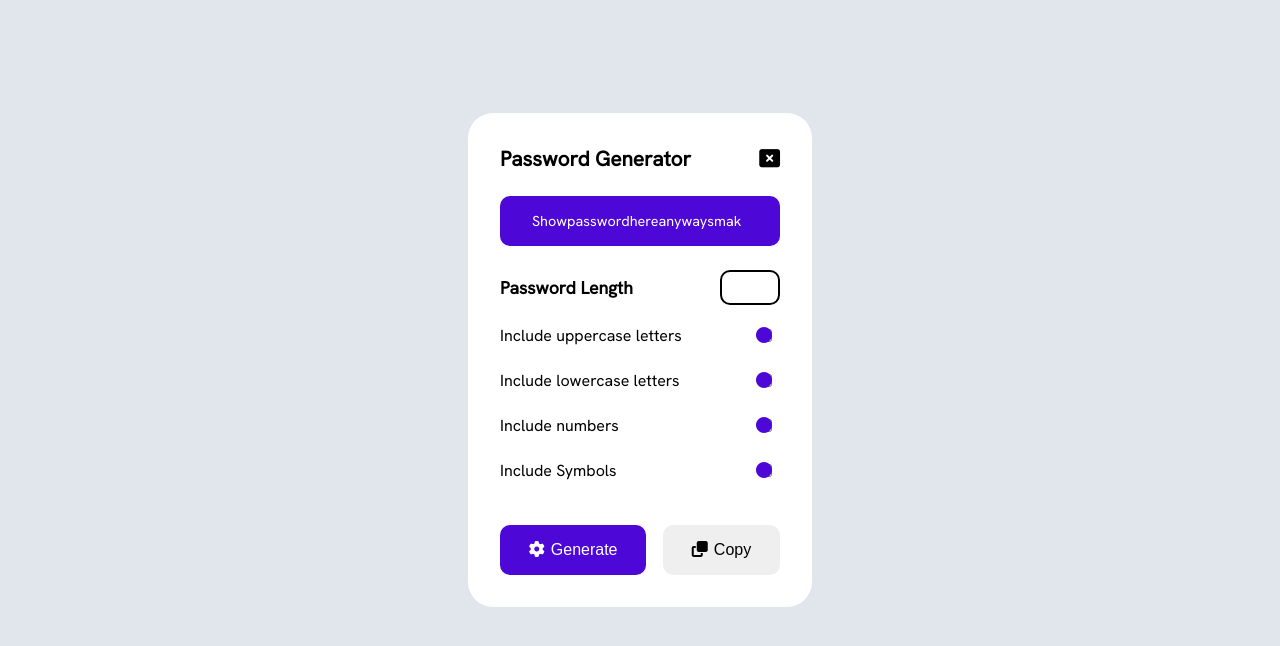
Repository: emiliaiwu/password_generator
Page: index.html
An editor plug-in stored every save of this project. The page is shown before and after a run of saves, followed by the edit.
The browser window is 1280 px wide. The pictures show the whole page.
Some web libraries are served in a nearby version.

Above is the page before, as saved 2022-12-14 05:13:52.

After the next 2 saves:
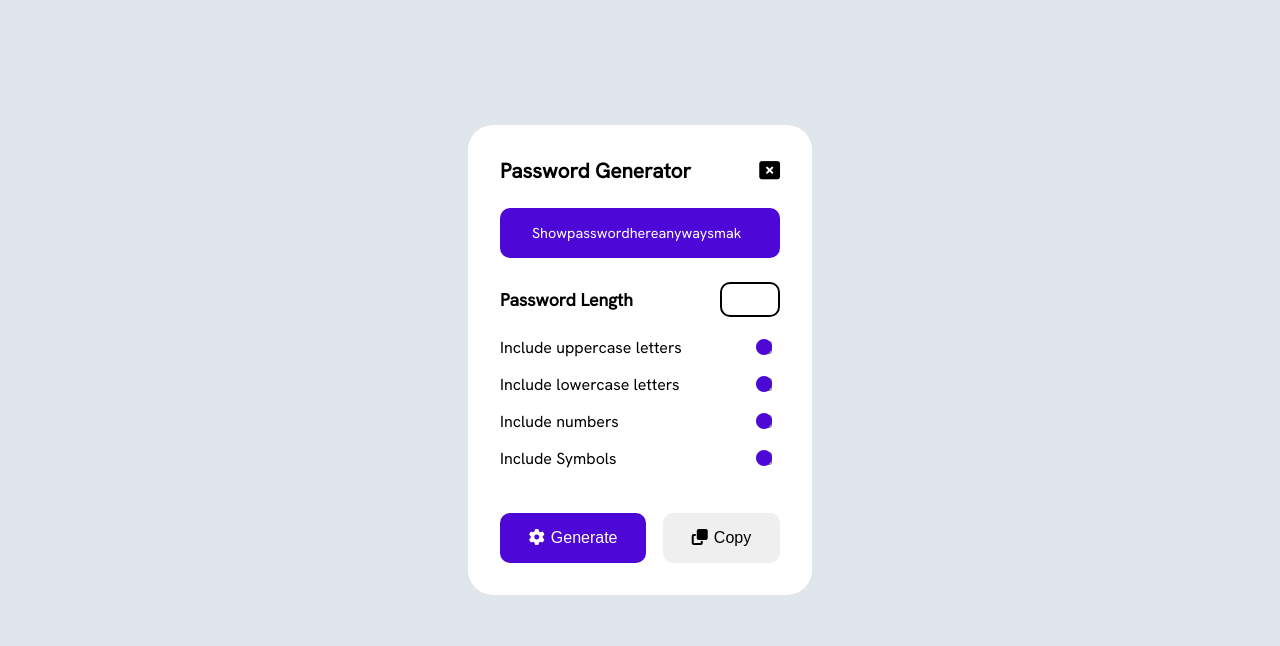
The 2 saves are shown as one change because they came seconds apart.
The last was saved 49 s later.
--- a/style.css
+++ b/style.css
@@ -92,7 +92,7 @@ label,
 }
 
 .list {
-    margin-top: 1rem;
+    margin-top: .5rem;
 }
 
 .list input[type="checkbox"] {
